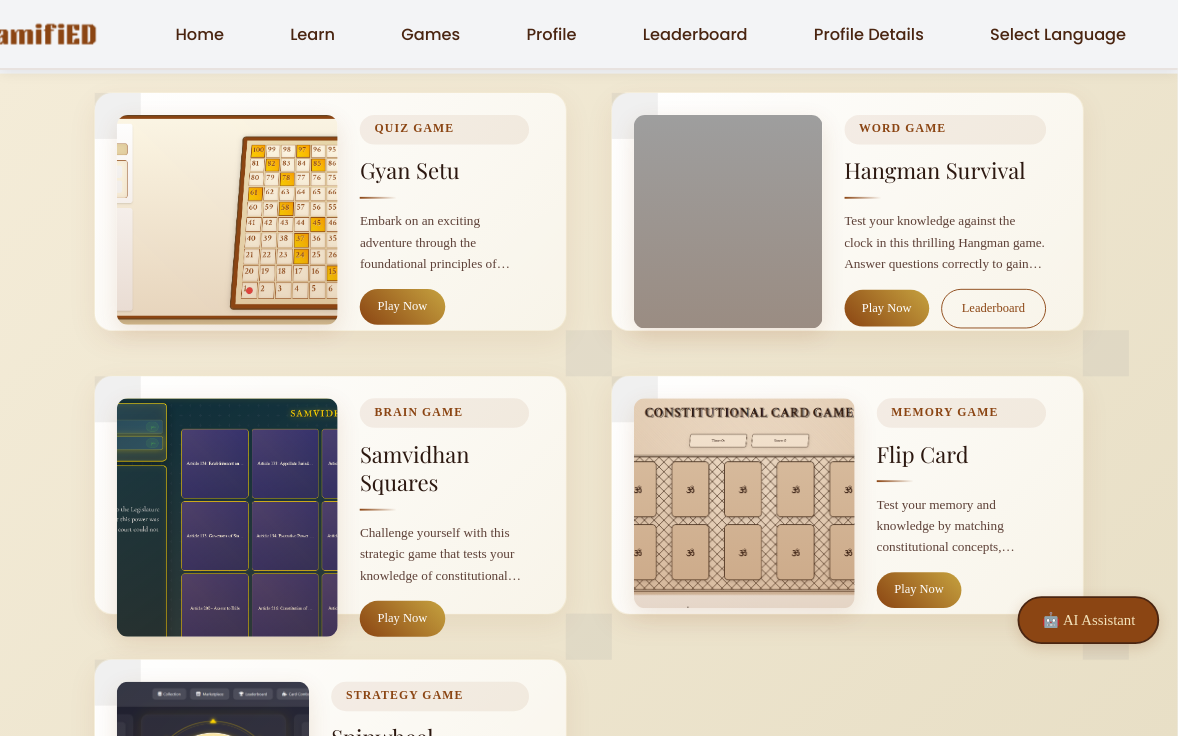
Repository: Team-4i/iks
Page: users/templates/users/game_library.html
The author's editor kept a copy of each file at every save. The page is drawn from the files as they stood at one save, then again after the next save.
The browser window is 1280 px wide. The pictures show the whole page, at 92% of full size.
Pictures or frames that could not be fetched are drawn as grey boxes. Some web fonts or font styles are not loaded; a fallback is used. Some web libraries are served in a nearby version. The template is drawn by Django 5.2. The application's start-up code is not run. The template is opened directly, without the code that normally fills it, so the values that code supplies are empty.

Above is the page before, as saved 2025-04-18 23:05:32.

After the next save:
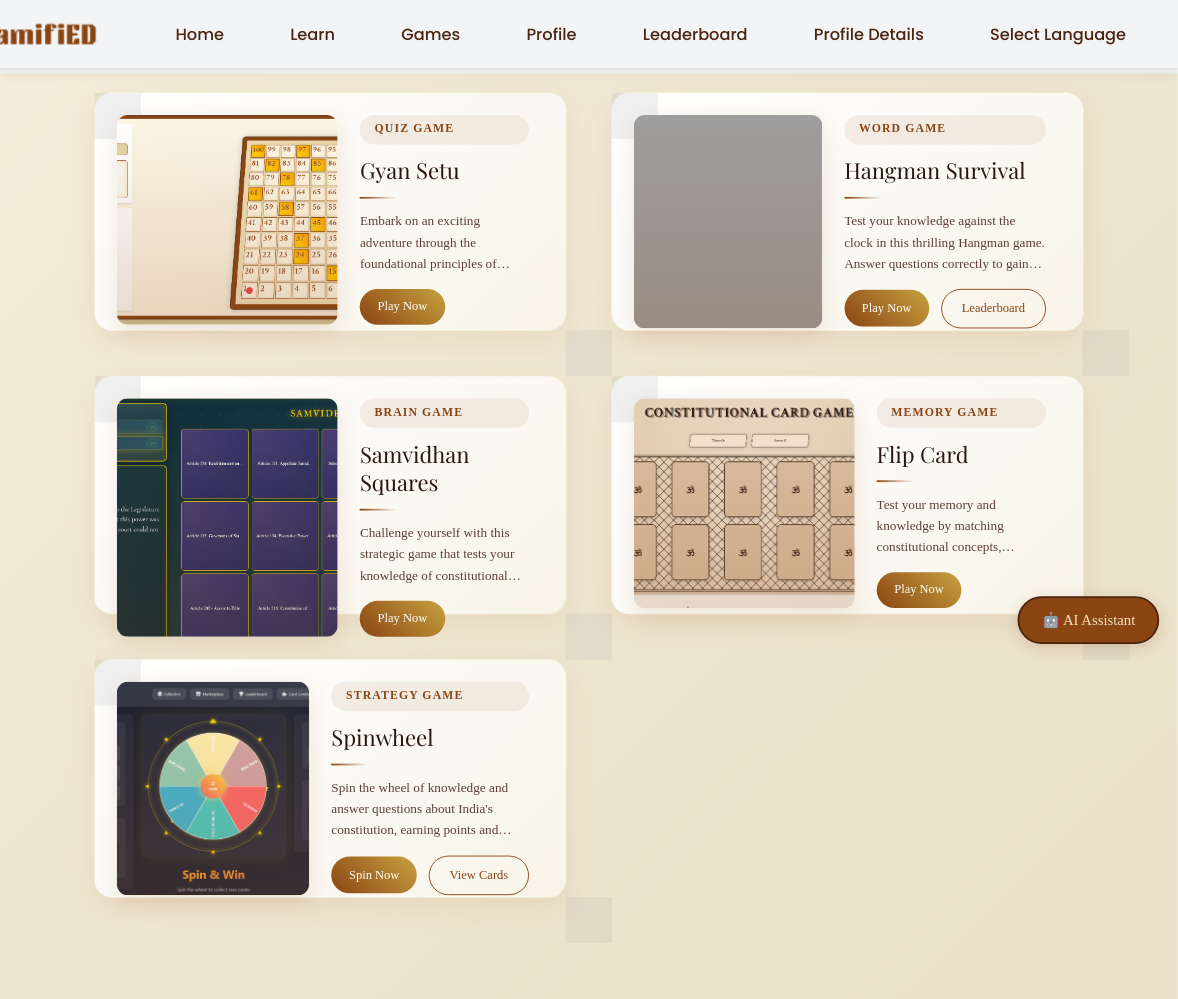
Saved 2 min 33 s later.
--- a/users/static/css/game1.css
+++ b/users/static/css/game1.css
@@ -3,7 +3,8 @@
     padding: 100px 8% 60px;
     background: linear-gradient(135deg, #F4ECD8 0%, #E8DFC6 100%);
     position: relative;
-    overflow: hidden;
+    overflow-y: auto;
+    overflow-x: hidden;
 }
 
 
@@ -14,8 +15,8 @@
     gap: 3rem;
     max-width: 1500px;
     margin-top: -5rem;
-    height: 70vh;
-
+    height: auto;
+    padding-bottom: 50px;
 }
 
 .game-card {
